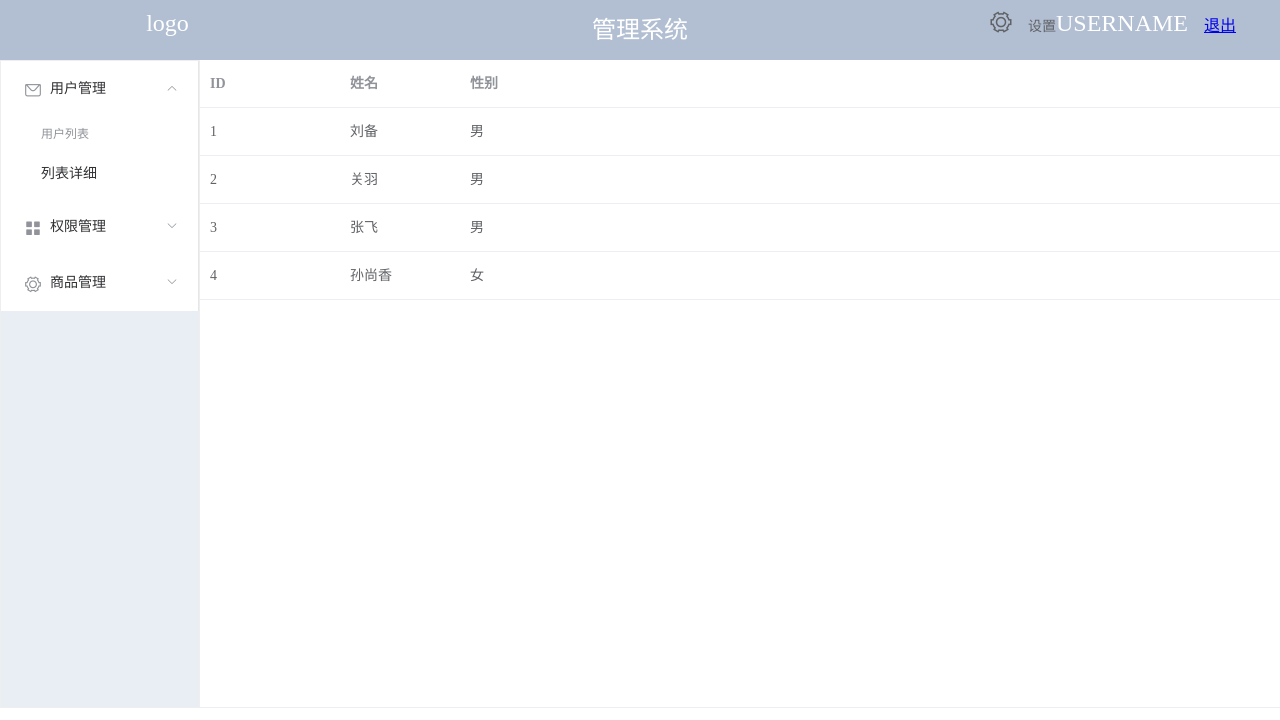
Repository: euphor1azzy/testlist
Page: / (app in list/)
These files come from the project's save history. The page is drawn as it stood at one moment and after the next save; the edit follows.
The browser window is 1280 px wide. The pictures show the whole page.
The project was rebuilt for these pictures with package versions that can differ from the ones it lists, and the page was loaded fresh each time. Requests to the local data server were answered from the project's data file. Also part of the build but not shown: list/src/views/login/login.vue, list/src/components/users/users.vue.

Above is the page before, as saved 2020-08-24 10:22:51.

### list/src/main.js
// 引入组件
import Vue from 'vue'
import ElementUI from 'element-ui';
import App from './App.vue'
import router from './router'
import MyHttpServer from './plugins/http'
Vue.use(router);


// 引入css文件
import './assets/css/reset.css'
import 'element-ui/lib/theme-chalk/index.css';


//使用插件
Vue.use(ElementUI)
Vue.use(MyHttpServer)
Vue.config.productionTip = false


new Vue({
    el: '#app',
    router,
    render: h => h(App)
}).$mount('#app')

### list/src/App.vue
<template>
  <div id="app" >

    <router-view></router-view>
  </div>
</template>

<script>

</script>

<style>
#app{

  height:100vh
}
</style>

### list/src/router/index.js
import Vue from 'vue'
import Router from 'vue-router'
import Home from '../views/home.vue'
import Login from '../views/login/login.vue'
import Users from '../components/users/users.vue'


Vue.use(Router);



export default new Router({
    routes: [{
            path: '/',
            name: 'home',
            component: Home,
            children: [{
                name: 'users',
                path: 'users',
                component: Users
            }]

        },
        {
            name: 'Login',
            path: '/login',
            component: Login
        }
    ]
});

### list/src/plugins/http.js
//将axios改为插件
import axios from 'axios'
const MyHttpServer = {}


MyHttpServer.install = (Vue) => {
    axios.defaults.baseURL = 'http://localhost:8888/api/private/v1/'

    // 添加实例方法
    Vue.prototype.$http = axios

}

export default MyHttpServer

### list/src/assets/css/reset.css
/*! minireset.css v0.0.2 | MIT License | github.com/jgthms/minireset.css */

html,
body,
p,
ol,
ul,
li,
dl,
dt,
dd,
blockquote,
figure,
fieldset,
legend,
textarea,
pre,
iframe,
hr,
h1,
h2,
h3,
h4,
h5,
h6 {
    /* height: 100%; */
    margin: 0;
    padding: 0;
}

h1,
h2,
h3,
h4,
h5,
h6 {
    font-size: 100%;
    font-weight: normal;
}

ul {
    list-style: none;
}

button,
input,
select,
textarea {
    margin: 0;
}

html {
    box-sizing: border-box;
}

* {
    box-sizing: inherit;
}

*:before,
*:after {
    box-sizing: inherit;
}

img,
embed,
object,
audio,
video {
    height: auto;
    max-width: 100%;
}

iframe {
    border: 0;
}

table {
    border-collapse: collapse;
    border-spacing: 0;
}

td,
th {
    padding: 0;
    text-align: left;
}

### list/src/views/home.vue
<template>
    <div>

    <v-appnav></v-appnav>
    <div class="con">

    <v-appslider></v-appslider>

    <!-- 内容 -->
   <v-list></v-list>
    <router-link></router-link>
  </div>
</div>
</template>

<script>
// 导入组件

import AppNav from "../components/common/appnav";
import AppSlider from "../components/common/appslider";
import List from "../components/list/list";

export default {
  name: "Home",
  // 注册组件
  components: {
    "v-appnav": AppNav,
    "v-appslider": AppSlider,
    "v-list": List,
  },
};
</script>

<style>
.con {
  height: 100%;
  display: flex;
  flex: auto;
  flex-flow: row wrap;
  justify-content: flex-start;
  background-color: #e9eef5;
}
</style>

### list/src/components/common/appnav.vue
<template>
  <el-header class="nav">
    <el-row>
      <el-col :span="6">
        <div class="grid-content bg-purple">logo</div>
      </el-col>
      <el-col :span="12">
        <div class="grid-content bg-purple-light">管理系统</div>
      </el-col>
      <el-col :span="6">
        <div class="grid-content bg-purple">
          <el-dropdown>
            <i class="el-icon-setting" style="margin-right: 15px"></i><span>设置</span>
            <el-dropdown-menu slot="dropdown">
              <el-dropdown-item>查看</el-dropdown-item>
              <el-dropdown-item>新增</el-dropdown-item>
              <el-dropdown-item>删除</el-dropdown-item>
            </el-dropdown-menu>
          </el-dropdown>
          <span>USERNAME</span>
          <router-link to="/login" style="padding-left:16px;font-size:16px">退出</router-link>
        </div>
      </el-col>
    </el-row>
  </el-header>
</template>

<script>
export default {
  name: "AppNav",
};
</script>

<style scoped>
.nav {
  padding: 10px;
  text-align: center;
  font-size: 24px;
  width: 100%;
  color: #fff;
  background-color: #b2bfd2;
}
.el-icon-setting::before {
  font-size: 24px;
}
</style>

### list/src/components/common/appslider.vue
<template>
   <div id="el-container">
        <el-menu  :default-openeds="['1']" :unique-opened="true">
          <el-submenu index="1">
            <template slot="title">
              <i class="el-icon-message"></i>用户管理 </template>
            <el-menu-item-group>
              <template slot="title">用户列表</template>
              <el-menu-item index="1-1">列表详细</el-menu-item>

            </el-menu-item-group>


          </el-submenu>

          <el-submenu index="2">
            <template slot="title">
              <i class="el-icon-menu"></i>权限管理
            </template>
            <el-menu-item-group>
              <template slot="title">分组一</template>
              <el-menu-item index="2-1">选项1</el-menu-item>
              <el-menu-item index="2-2">选项2</el-menu-item>
            </el-menu-item-group>
            <el-menu-item-group title="分组2">
              <el-menu-item index="2-3">选项3</el-menu-item>
            </el-menu-item-group>

          </el-submenu>


          <el-submenu index="3">
            <template slot="title">
              <i class="el-icon-setting"></i>商品管理
            </template>
            <el-menu-item-group>
              <template slot="title">分组一</template>
              <el-menu-item index="3-1">选项1</el-menu-item>
              <el-menu-item index="3-2">选项2</el-menu-item>
            </el-menu-item-group>

          </el-submenu>
        </el-menu>
      </div>
</template>

<script>
export default {

}
</script>

<style>
#el-container{
height: 90vh;
 border: 1px solid #eee;
  width:200px;
      /* display: flex;
    flex-direction: row;
    flex: 0;
    flex-basis: auto;
    box-sizing: border-box;
    min-width: 0; */
}
</style>

### list/src/components/list/list.vue


<template>
       <el-table :data="items">
            <el-table-column prop="id" label="ID" width="140"></el-table-column>
            <el-table-column prop="name" label="姓名" width="120"></el-table-column>
            <el-table-column prop="gender" label="性别"></el-table-column>
          </el-table>

</template>
<script>
import axios from 'axios'
export default {
created() {
    this.loadData();
  },
  methods: {
    loadData() {
      axios.get("http://localhost:3000/heroes").then((res) => {
        this.items = res.data;
      });
    },
  },
  name: "list",
  data() {
    return {
      items: [],
      name: "",
      gender: "",
    };
  },
}
</script>

<style>

</style>

### list/server/db.json
{
    "users": [{
            "id": 1,
            "name": "abc",
            "age": 18,
            "gender": "男"
        },
        {
            "id": 2,
            "name": "SDSA",
            "age": 18,
            "gender": "男"
        },
        {
            "id": 3,
            "name": "SDSD",
            "age": 18,
            "gender": "女"
        },
        {
            "id": 4,
            "name": "FSAFA",
            "age": 18,
            "gender": "男"
        }
    ],
    "heroes": [{
        "id": 1,
        "name": "刘备",
        "gender": "男"
    }, {
        "id": 2,
        "name": "关羽",
        "gender": "男"
    }, {
        "id": 3,
        "name": "张飞",
        "gender": "男"
    }, {
        "id": 4,
        "name": "孙尚香",
        "gender": "女"
    }]
}

Loaded but not shown: list/public/index.html (common file)

After the next save:
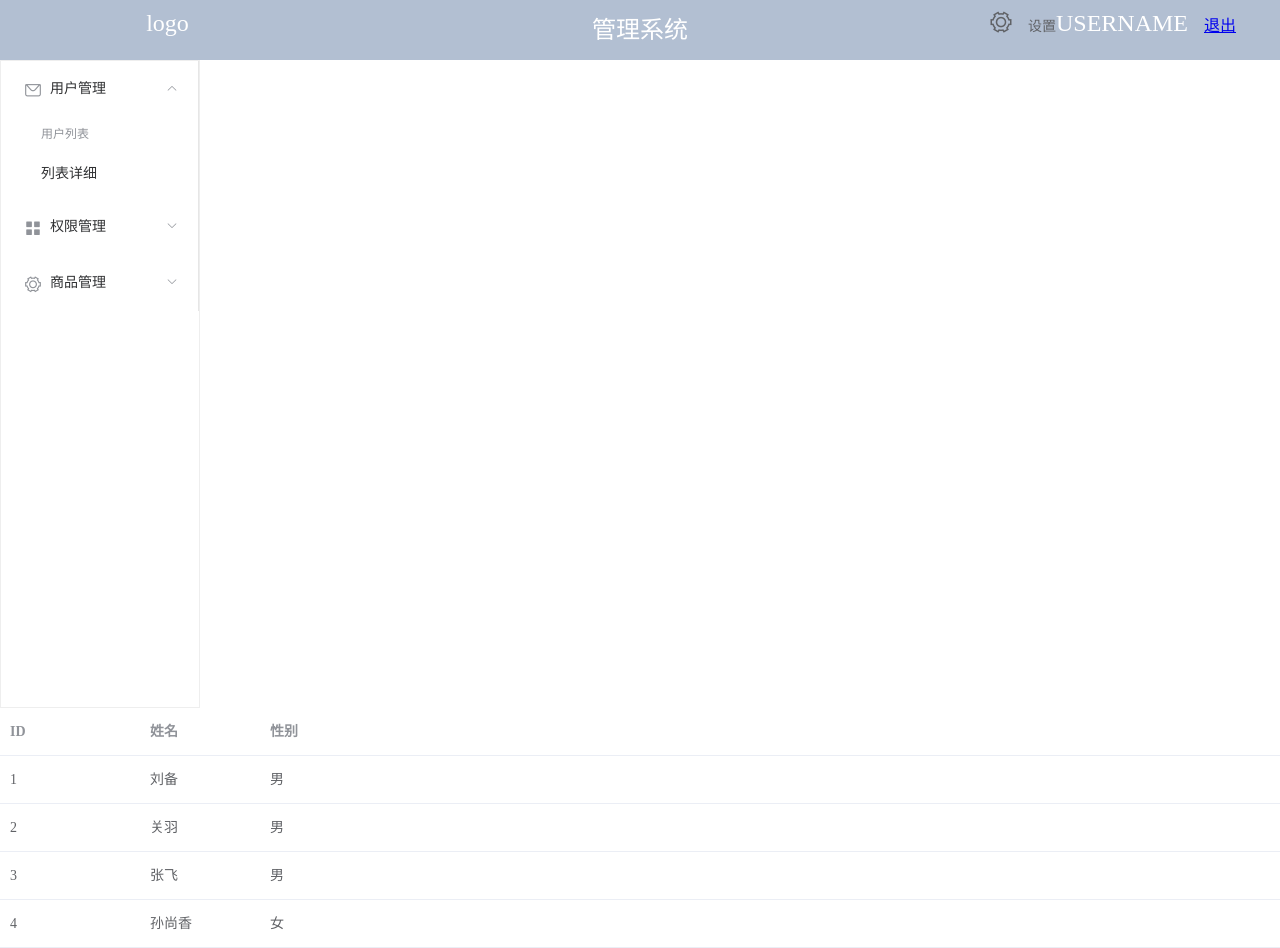
Saved 108 s later.
--- a/list/src/views/home.vue
+++ b/list/src/views/home.vue
@@ -2,10 +2,10 @@
     <div>
 
     <v-appnav></v-appnav>
-    <div class="con">
+
 
     <v-appslider></v-appslider>
-
+<div class="con">
     <!-- 内容 -->
    <v-list></v-list>
     <router-link></router-link>
